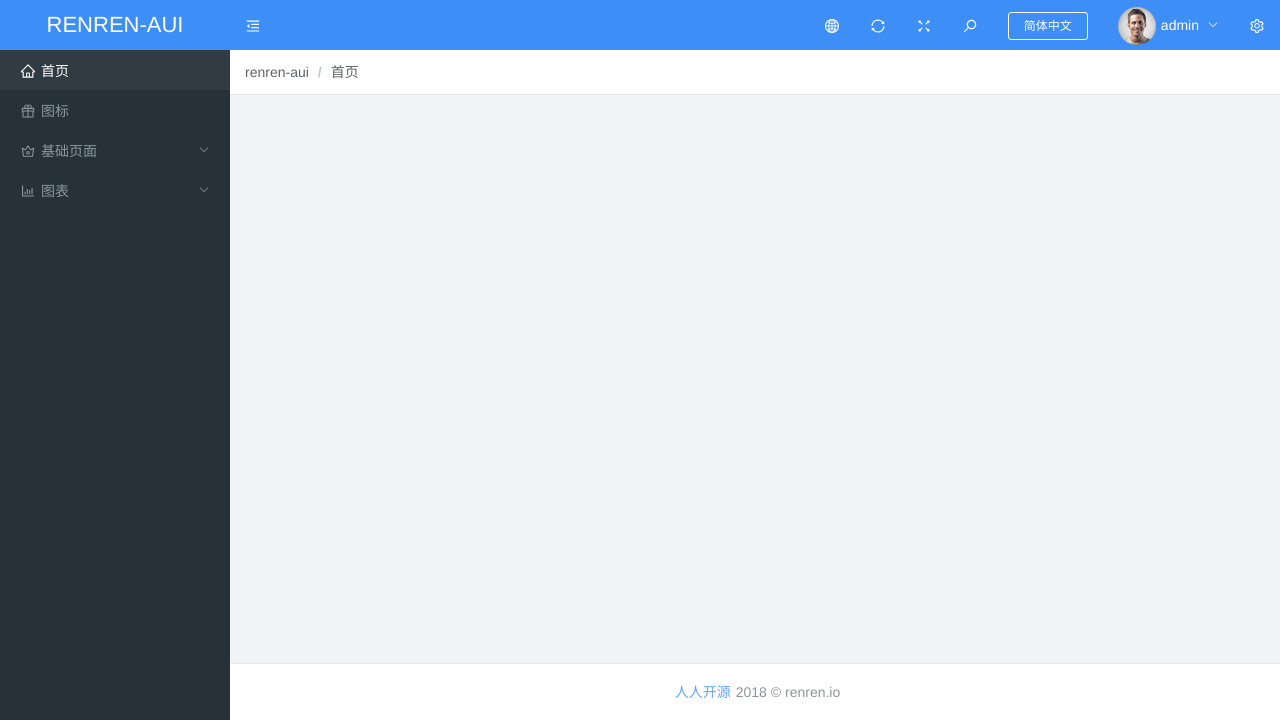
Repository: liuhao0813/aui
Page: /
The author's editor kept a copy of each file at every save. The page is drawn from the files as they stood at one save, then again after the next save.
The browser window is 1280 px wide. The pictures show the whole page.
The project was rebuilt for these pictures with package versions that can differ from the ones it lists, and the page was loaded fresh each time. Also part of the build but not shown: src/assets/icons/iconfont.js.

Above is the page before, as saved 2018-12-05 22:29:25.

### index.html
<!DOCTYPE html>
<html>
  <head>
    <meta charset="utf-8">
    <meta name="viewport" content="width=device-width,initial-scale=1.0">
    <title>aui</title>
  </head>
  <body>
    <div id="app"></div>
    <!-- built files will be auto injected -->
  </body>
</html>

### src/assets/scss/skins/blue.scss
@import "../variables";

$--color-primary: $skin--blue;

@import "../aui";

### src/components/Layout.vue
<template>
  <div
    v-cloak
    ref="auiWrapper"
    class="aui-wrapper"
    :class="[
      'aui-header--' + headerSkin,
      'aui-aside--' + asideSkin,
      {
        'aui-wrapper--center': wrapperCenter,
        'aui-header--fixed': headerFixed,
        'aui-aside--fixed': asideFixed,
        'aui-aside--fold': asideFold,
        'aui-aside--top': asideTop,
        'aui-control--fixed': controlFixed,
        'aui-control--open': controlOpen,
        'aui-main-tabs__header--fixed': mainTabsHeaderFixed
      }
    ]"
    v-loading.fullscreen.lock="loading"
    element-loading-text="拼命加载中">
    <layout-header/>
    <layout-aside/>
    <layout-control/>
    <main class="aui-main">
        <!-- standard 标准 -->
        <div v-show="mainType === 'standard'" class="aui-main__hd">
          <el-breadcrumb separator="/">
            <el-breadcrumb-item>renren-aui</el-breadcrumb-item>
            <el-breadcrumb-item>首页</el-breadcrumb-item>
          </el-breadcrumb>
        </div>
        <div v-show="mainType === 'standard'" class="aui-main__bd">
          <transition mode="out-in" name="fade">
            <router-view />
          </transition>
        </div>
        <!-- tabs 标签页 -->
        <el-dropdown v-show="mainType === 'tabs'" class="aui-main-tabs__tool">
          <i class="el-icon-arrow-down"></i>
          <el-dropdown-menu slot="dropdown">
            <el-dropdown-item>关闭当前标签页</el-dropdown-item>
            <el-dropdown-item>关闭其它标签页</el-dropdown-item>
            <el-dropdown-item>关闭全部标签页</el-dropdown-item>
          </el-dropdown-menu>
        </el-dropdown>
        <el-tabs v-show="mainType === 'tabs'" class="aui-main-tabs aui-tabs" v-model="mainTabsActive">
          <el-tab-pane label="home" name="home" :closable="false" class="aui-main-tabs__pane--full">
            <svg slot="label" class="aui-content--tabs-icon-nav icon-svg" aria-hidden="true"><use xlink:href="#icon-home"></use></svg>
            <transition mode="out-in" name="fade">
              <router-view/>
            </transition>
          </el-tab-pane>
          <el-tab-pane label="标签页2" name="2" closable>标签页2</el-tab-pane>
          <el-tab-pane label="标签页3" name="3" closable>标签页3</el-tab-pane>
          <el-tab-pane label="标签页5" name="5" closable>
            <span slot="label"><i class="el-icon-date"></i> 标签页5</span>
          </el-tab-pane>
          <el-tab-pane label="标签页6" name="6" closable>标签页6</el-tab-pane>
          <el-tab-pane label="标签页7" name="7" closable>标签页7</el-tab-pane>
          <el-tab-pane label="标签页8" name="8" closable>标签页8</el-tab-pane>
          <el-tab-pane label="标签页9" name="9" closable>标签页9</el-tab-pane>
          <el-tab-pane label="标签页10" name="10" closable>标签页10</el-tab-pane>
        </el-tabs>
      </main>
        <layout-footer/>
  </div>
</template>

<script>

import { mapState } from 'vuex'

import LayoutHeader from '@/components/LayoutHeader'
import LayoutAside from '@/components/LayoutAside'
import LayoutControl from '@/components/LayoutControl'
import LayoutFooter from '@/components/LayoutFooter'

export default {
  data () {
    return {
      loading: true
    }
  },
  computed: {
    ...mapState(['headerSkin', 'asideSkin', 'wrapperCenter', 'headerFixed',
      'asideFixed', 'asideFold', 'asideTop', 'controlFixed', 'controlOpen',
      'mainTabsHeaderFixed', 'mainType', 'mainTabsActive'])
  },
  components: {
    LayoutHeader,
    LayoutAside,
    LayoutControl,
    LayoutFooter
  },
  created () {
    setTimeout(() => { console.log('enter') } , 5000)
  },
  mounted () {
    this.loading = false
  },
  methods: {
  }

}
</script>

<style scoped>
.fade-enter-active, .fade-leave-active {
  transition: opacity .2s;
}
.fade-enter, .fade-leave-to /* .fade-leave-active below version 2.1.8 */ {
  opacity: 0;
}
</style>

### src/assets/scss/aui.scss
@import "variables";
// 全局
@import "global/normalize";
@import "global/reset";
@import "global/reset-element";
@import "global/utilities";
@import "global/component";
// 布局
@import "layout/wrapper";
@import "layout/header";
@import "layout/aside";
@import "layout/control";
@import "layout/main";
@import "layout/footer";
// 页面
@import "pages/index";
@import "pages/icon";
@import "pages/login";
@import "pages/chart";

### src/assets/scss/global/reset.scss
*,
*:before,
*:after {
  box-sizing: border-box;
}

body {
  margin: 0;
  font-family: $font--family-base;
  font-size: $font--size-base;
  line-height: $font--line-height-base;
  text-align: left;
  color: $color--text-primary;
  background-color: $color--white;
}

a {
  color: $link--color;
  text-decoration: none;
  &:hover {
    color: $link--hover-color;
    text-decoration: none;
  }
}

[v-cloak] {
  display: none;
}

### src/assets/scss/global/reset-element.scss
// Date
.el-date-editor .el-range-separator {
  width: 8%;
}

// Table
.el-table th {
  color: $color--text-primary;
  background-color: $color--white;
}

// Pagination
.el-pagination {
  margin-top: 15px;
  text-align: right;
}

### src/assets/scss/global/utilities.scss
// Position
.p-static   { position: static !important; }
.p-relative { position: relative !important; }
.p-absolute { position: absolute !important; }
.p-fixed    { position: fixed !important; }
.p-sticky   { position: sticky !important; }

// Display
.d-none         { display: none !important; }
.d-inline       { display: inline !important; }
.d-inline-block { display: inline-block !important; }
.d-block        { display: block !important; }
.d-table        { display: table !important; }
.d-table-row    { display: table-row !important; }
.d-table-cell   { display: table-cell !important; }
.d-flex         { display: flex !important; }
.d-inline-flex  { display: inline-flex !important; }

// Float
.clearfix {
  &::after {
    display: block;
    content: "";
    clear: both;
  }
}
.f-none  { float: none !important; }
.f-left  { float: left !important; }
.f-right { float: right !important; }

// Sizing
.w-auto  { width: auto !important; }
.w-100   { width: 100% !important; }
.h-auto  { height: auto !important; }
.h-100   { height: 100% !important; }
.mw-auto { width: auto !important; }
.mw-100  { max-width: 100% !important; }
.mh-auto { height: auto !important; }
.mh-100  { max-height: 100% !important; }

// Margin
.m-auto  { margin: auto !important; }
.mt-auto { margin-top: auto !important; }
.mr-auto { margin-right: auto !important; }
.mb-auto { margin-bottom: auto !important; }
.ml-auto { margin-left: auto !important; }
.mx-auto {
  margin-right: auto !important;
  margin-left: auto !important;
}
.my-auto {
  margin-top: auto !important;
  margin-bottom: auto !important;
}

// Font-size
.fz-xs   { font-size: $font--size-xs !important; }
.fz-sm   { font-size: $font--size-sm !important; }
.fz-base { font-size: $font--size-base !important; }
.fz-lg   { font-size: $font--size-lg !important; }
.fz-xl   { font-size: $font--size-xl !important; }
.fz-xxl  { font-size: $font--size-xxl !important; }

// Text
.t-truncate {
  overflow: hidden;
  text-overflow: ellipsis;
  white-space: nowrap;
}
.t-hide {
  font: 0/0 a;
  color: transparent;
  text-shadow: none;
  background-color: transparent;
  border: 0;
}
.t-left       { text-align: left !important; }
.t-right      { text-align: right !important; }
.t-center     { text-align: center !important; }
.t-justify    { text-align: left !important; }
.t-nowrap     { white-space: nowrap !important; }
.t-lowercase  { text-transform: lowercase !important; }
.t-uppercase  { text-transform: uppercase !important; }
.t-capitalize { text-transform: capitalize !important; }

// Vertical-align
.va-baseline    { vertical-align: baseline !important; }
.va-top         { vertical-align: top !important; }
.va-middle      { vertical-align: middle !important; }
.va-bottom      { vertical-align: bottom !important; }
.va-text-top    { vertical-align: text-top !important; }
.va-text-bottom { vertical-align: text-bottom !important; }

// Border
.b-0        { border: 0 !important; }
.b-top-0    { border-top: 0 !important; }
.b-right-0  { border-right: 0 !important; }
.b-bottom-0 { border-bottom: 0 !important; }
.b-left-0   { border-left: 0 !important; }

// Border-radius
.br-0      { border-radius: 0 !important; }
.br-circle { border-radius: 50% !important; }

// Background
.bg-white       { background-color: $color--white !important; }
.bg-transparent { background-color: transparent !important; }

### src/assets/scss/layout/wrapper.scss
.aui-wrapper {
  position: relative;
  min-height: 100vh;
  padding-top: $header--height;
  overflow: hidden;
}

// 居中
.aui-wrapper--center {
  width: $wrapper-min-width;
  margin: 0 auto;
  box-shadow: 0 0 8px 0 rgba(0, 0, 0, 0.5);
}
@media (max-width: $wrapper-min-width + 20px) {
  .aui-wrapper--center {
    width: auto;
    margin: 0 15px;
  }
}

### src/assets/scss/layout/control.scss
.aui-control {
  position: absolute;
  top: $header--height;
  right: -$control--width;
  bottom: 0;
  z-index: $control--zindex;
  width: $control--width;
  background-color: $color--white;
  transition: right .3s;
  &__toggle {
    position: absolute;
    top: 80px;
    left: -40px;
    width: 40px;
    padding: 12px 8px;
    font-size: 20px;
    text-align: center;
    line-height: 1;
    border-radius: $border--radius-base 0 0 $border--radius-base;
    color: $color--white;
    background-color: $color--primary;
    cursor: pointer;
  }
  &__inner {
    position: relative;
    z-index: 1;
    width: $control--width + 20px;
    height: 100%;
    overflow-x: hidden;
    overflow-y: scroll;
  }
  &__bd {
    width: $control--width;
    padding: 5px 20px 20px;
  }
  .aui-tabs.el-tabs {
    margin: -5px -20px -20px;
  }
  .aui-tabs.el-tabs .el-tabs__content {
    padding: 0 15px 15px;
  }
  &__setting {
    margin: 0;
  }
  &__setting > dt {
    margin-top: 15px;
    font-size: $font--size-xl;
    font-weight: 900;
  }
  &__setting > dd {
    margin-top: 10px;
    margin-left: 1em;
  }
  &__setting + &__setting {
    margin-top: 15px;
    border-top: 1px solid $border--color-lighter;
  }
}

// 固定
.aui-control--fixed {
  .aui-control {
    position: fixed;
  }
}
.aui-control--fixed.aui-control--open {
  .aui-main {
    margin-right: 0;
  }
  .aui-footer {
    margin-right: 0;
  }
}
.aui-control--fixed.aui-control--open.aui-aside--top {
  .aui-aside {
    right: 0;
  }
}

// 打开
.aui-control--open {
  .aui-control {
    right: 0;
    box-shadow: -1px 0 0 0 rgba(0, 0, 0, .05);
  }
  .aui-main {
    margin-right: $control--width;
  }
  .aui-footer {
    margin-right: $control--width;
  }
}
.aui-control--open.aui-aside--top {
  .aui-aside {
    right: $control--width;
  }
}

### src/assets/scss/layout/main.scss
.aui-main {
  position: relative;
  min-height: calc(100vh - #{$header--height} - #{$footer--height});
  margin-left: $aside--width;
  background-color: $main--background-color;
  transition: margin-right .3s, margin-left .3s;
  &__hd {
    padding: 15px;
    background-color: $color--white;
    box-shadow: 0 1px 0 0 rgba(0, 0, 0, .05);
  }
  &__bd {
    padding: 15px;
  }
  &-tabs__tool {
    position: absolute;
    top: 0;
    right: 0;
    z-index: $main--zindex + 1;
    width: $main--tabs-tool-width;
    height: $main--tabs-header-height;
    text-align: center;
    line-height: $main--tabs-header-height;
    background-color: $bg--color-base;
    cursor: pointer;
    transition: right .3s;
  }
  &-tabs.el-tabs {
    padding-top: $main--tabs-header-height;
  }
  &-tabs.el-tabs > .el-tabs__header {
    position: absolute;
    top: 0;
    left: 0;
    right: 0;
    z-index: $main--zindex;
    padding: 0 ($main--tabs-tool-width + 15px) 0 15px;
    box-shadow: 0 1px 0 0 rgba(0, 0, 0, .05);
    background-color: $color--white;
    transition: right .3s, left .3s;
  }
  &-tabs.el-tabs > .el-tabs__header > .el-tabs__nav-wrap  {
    &::after {
      display: none;
    }
  }
  &-tabs.el-tabs > .el-tabs__header > .el-tabs__nav-wrap > .el-tabs__nav-scroll > .el-tabs__nav > .el-tabs__item {
    height: $main--tabs-header-height;
    line-height: $main--tabs-header-height;
    color: $color--text-regular;
  }
  &-tabs.el-tabs > .el-tabs__content {
    padding: $main--tabs-content-padding-y $main--tabs-content-padding-x;
  }
  &-tabs.el-tabs > .el-tabs__content > .el-tab-pane {
    min-height: calc(100vh - #{$header--height} - #{$main--tabs-header-height} - (#{$main--tabs-content-padding-y} * 2) - #{$footer--height});
    padding: $main--tabs-panel-padding-y $main--tabs-panel-padding-x;
    border: 1px solid $border--color-lighter;
    border-radius: $border--radius-base;
    background-color: $color--white;
  }
  &-tabs.el-tabs > .el-tabs__content > .aui-main-tabs__pane--full.el-tab-pane {
    min-height: auto;
    padding: 0;
    border: 0;
    border-radius: 0;
    background-color: transparent;
  }
}

// 标签页, 头部固定
.aui-main-tabs__header--fixed {
  .aui-main-tabs__tool {
    position: fixed;
    top: $header--height;
  }
  .aui-main-tabs.el-tabs > .el-tabs__header {
    position: fixed;
    top: $header--height;
    left: $aside--width;
  }
}
.aui-main-tabs__header--fixed.aui-aside--fold {
  .aui-main-tabs.el-tabs > .el-tabs__header {
    left: $aside--width-fold;
  }
}
.aui-main-tabs__header--fixed.aui-aside--top {
  .aui-main-tabs__tool {
    top: $header--height + $aside--top-height;
  }
  .aui-main-tabs.el-tabs > .el-tabs__header {
    top: $header--height + $aside--top-height;
    left: 0;
  }
}
.aui-main-tabs__header--fixed.aui-control--open {
  .aui-main-tabs__tool,
  .aui-main-tabs.el-tabs > .el-tabs__header {
    right: $control--width;
  }
}

### src/assets/scss/layout/footer.scss
.aui-footer {
  position: relative;
  height: $footer--height;
  padding:  10px 15px;
  margin-left: $aside--width;
  text-align: center;
  box-shadow: 0 -1px 0 0 rgba(0, 0, 0, .05);
  color: $color--text-secondary;
  transition: margin-right .3s, margin-left .3s;
  p {
    margin: 10px 0;
  }
  a {
    padding: 0 5px;
  }
}

### src/assets/scss/pages/icon.scss
.aui-page.page-icon {
  .icon-list {
    padding: 0;
    margin: 0;
    list-style: none;
    font-size: 0;
  }
  .icon-list > li {
    display: inline-block;
    vertical-align: middle;
    margin: 15px;
    min-width: 150px;
    font-size: 36px;
    text-align: center;
  }
  .icon-classname {
    margin: 5px 0 0;
    font-size: $font--size-xs;
  }
}

### src/assets/scss/pages/login.scss
.aui-page.page-login {
  height: 100vh;
  background-color: transparent;
  overflow-x: hidden;
  overflow-y: auto;
  &::before,
  &::after {
    position: fixed;
    top: 0;
    right: 0;
    bottom: 0;
    left: 0;
    z-index: -1;
    content: "";
  }
  &::before {
    background-image: url(../img/login_bg.jpg);
    background-size: cover;
  }
  &::after {
    background-color: rgba(38, 50, 56, .6);
  }
  .login-wrapper {
    position: relative;
    display: flex;
    flex-flow: column wrap;
    justify-content: center;
    align-items: center;
    min-height: 100vh;
    padding: 50px 20px 150px;
    text-align: center;
  }
  .aui-page-header {
    padding: 15px;
    color: $color--white;
  }
  .aui-brand {
    margin: 0 0 15px;
    font-size: 38px;
    letter-spacing: 2px;
    text-transform: uppercase;
  }
  .aui-page-main {
    width: 420px;
    padding: 15px 30px;
    background-color: $color--white;
  }
  .lgoin-title {
    font-size: $font--size-xl;
    font-weight: normal;
  }
  .el-input__prefix .el-input__icon {
    display: inherit;
    font-size: $font--size-lg;
    line-height: $font--line-height-base;
  }
  .login-captcha {
    height: 36px;
    overflow: hidden;
  }
  .login-captcha > img {
    max-width: 100%;
    cursor: pointer;
  }
  .login-guide {
    margin: 20px 0;
    color: $color--text-placeholder;
  }
  .aui-page-footer {
    position: absolute;
    bottom: 0;
    padding: 15px;
    color: $color--text-secondary;
  }
  .aui-page-footer p {
    margin: 10px 0;
  }
  .aui-page-footer a {
    padding: 0 5px;
  }
}
.aui-page.page-login--right-vertical {
  .login-wrapper {
    flex-flow: row nowrap;
    justify-content: flex-start;
    align-items: stretch;
    padding: 0;
  }
  .aui-page-header {
    flex: 1;
    display: flex;
    flex-flow: column wrap;
    justify-content: center;
    padding: 30px 120px;
    text-align: left;
  }
  .aui-page-main {
    position: relative;
    display: flex;
    flex-flow: column wrap;
    justify-content: center;
    padding: 120px 30px 150px;
    text-align: center;
  }
  .login-guide {
    margin-top: 0;
  }
  .aui-page-footer {
    right: 0;
    width: 420px;
  }
}

### src/assets/scss/pages/chart.scss
.aui-page.page-chart {
  .el-col + .el-col {
    margin-top: 15px;
  }
  .chart-box {
    min-height: 400px;
  }
}

### src/components/LayoutHeader.vue
<template>
    <header class="aui-header">
  <div class="aui-header__hd">
    <a class="aui-brand aui-brand--lg" href="javascript:;">renren-aui</a>
    <a class="aui-brand aui-brand--sm" href="javascript:;">aui</a>
  </div>
  <div class="aui-header__bd">
    <!-- aui-header__menu left -->
    <el-menu class="aui-header__menu aui-header__menu--left" mode="horizontal">
      <el-menu-item v-if="!asideTop" index="1" @click="asideFoldHandler">
        <svg class="icon-svg aui-header__icon-menu aui-header__icon-menu--rz180" aria-hidden="true"><use xlink:href="#icon-outdent"></use></svg>
      </el-menu-item>
    </el-menu>
    <!-- aui-header__menu right -->
    <el-menu class="aui-header__menu aui-header__menu--right" mode="horizontal">
      <el-menu-item index="2">
          <a href="https://www.renren.io/community" target="_blank">
            <svg class="icon-svg aui-header__icon-menu" aria-hidden="true"><use xlink:href="#icon-earth"></use></svg>
          </a>
        </el-menu-item>
      <el-menu-item index="3">
        <svg class="icon-svg aui-header__icon-menu" aria-hidden="true"><use xlink:href="#icon-sync"></use></svg>
      </el-menu-item>
      <el-menu-item index="4">
        <svg class="icon-svg aui-header__icon-menu" aria-hidden="true"><use xlink:href="#icon-fullscreen"></use></svg>
      </el-menu-item>
      <el-menu-item index="1" @click="searchVisible = !searchVisible" class="aui-search__toggle">
        <svg class="icon-svg aui-header__icon-menu" aria-hidden="true"><use xlink:href="#icon-search"></use></svg>
      </el-menu-item>
      <el-submenu index="2" :popper-append-to-body="false" class="not-arrow t-center">
        <template slot="title">
          <el-button size="mini">简体中文</el-button>
        </template>
        <el-menu-item index="2-1">简体中文</el-menu-item>
        <el-menu-item index="2-2">繁體中文</el-menu-item>
        <el-menu-item index="2-3">English</el-menu-item>
      </el-submenu>
      <el-submenu index="3" :popper-append-to-body="false">
        <template slot="title">
          <img class="aui-avatar" src="@/assets/scss/img/avatar.png">
          <span>admin</span>
        </template>
        <el-menu-item index="3-1">修改密码</el-menu-item>
        <el-menu-item index="3-2">退出</el-menu-item>
      </el-submenu>
      <el-menu-item index="1" @click="controlOpenHandler">
        <svg class="icon-svg aui-header__icon-menu" aria-hidden="true"><use xlink:href="#icon-setting"></use></svg>
      </el-menu-item>
    </el-menu>
    <!-- aui-search -->
    <div class="aui-search" :class="{ 'aui-search--show': searchVisible }">
      <div class="aui-search__inner">
        <el-input class="aui-search__input" v-model="search" placeholder="搜索关键字" clearable>
          <svg slot="prepend" class="icon-svg" aria-hidden="true"><use xlink:href="#icon-search"></use></svg>
        </el-input>
      </div>
    </div>
  </div>
</header>
</template>

<script>
import { mapState, mapMutations } from 'vuex'

export default {
  data () {
    return {
      search: '',
      searchVisible: false
    }
  },
  computed: {
    ...mapState(['asideTop', 'asideFold', 'controlOpen'])
  },
  methods: {
    ...mapMutations({
      asideFoldHandler: 'asideFoldMutation',
      controlOpenHandler: 'controlOpenMutation'
    })
  }
}
</script>

<style scoped>

</style>

### src/components/LayoutFooter.vue
<template>
    <footer class="aui-footer">
    <p><a href="https://www.renren.io/" target="_blank">人人开源</a>2018 © renren.io</p>
    </footer>
</template>

<script>
export default {

}
</script>

<style scoped>

</style>

Loaded but not shown: src/App.vue (common file); src/assets/element-theme/blue/index.css (library); src/assets/scss/global/normalize.scss (common file); src/store/index.js (84 lines, source omitted); src/router/index.js (34 lines, source omitted); src/main.js (26 lines, source omitted); src/assets/scss/pages/index.scss (328 lines, source omitted); src/components/LayoutAside.vue (144 lines, source omitted); src/assets/scss/layout/aside.scss (237 lines, source omitted); src/assets/scss/layout/header.scss (211 lines, source omitted); src/components/LayoutControl.vue (106 lines, source omitted); src/assets/scss/global/component.scss (162 lines, source omitted); src/assets/scss/variables.scss (134 lines, source omitted)

After the next save:
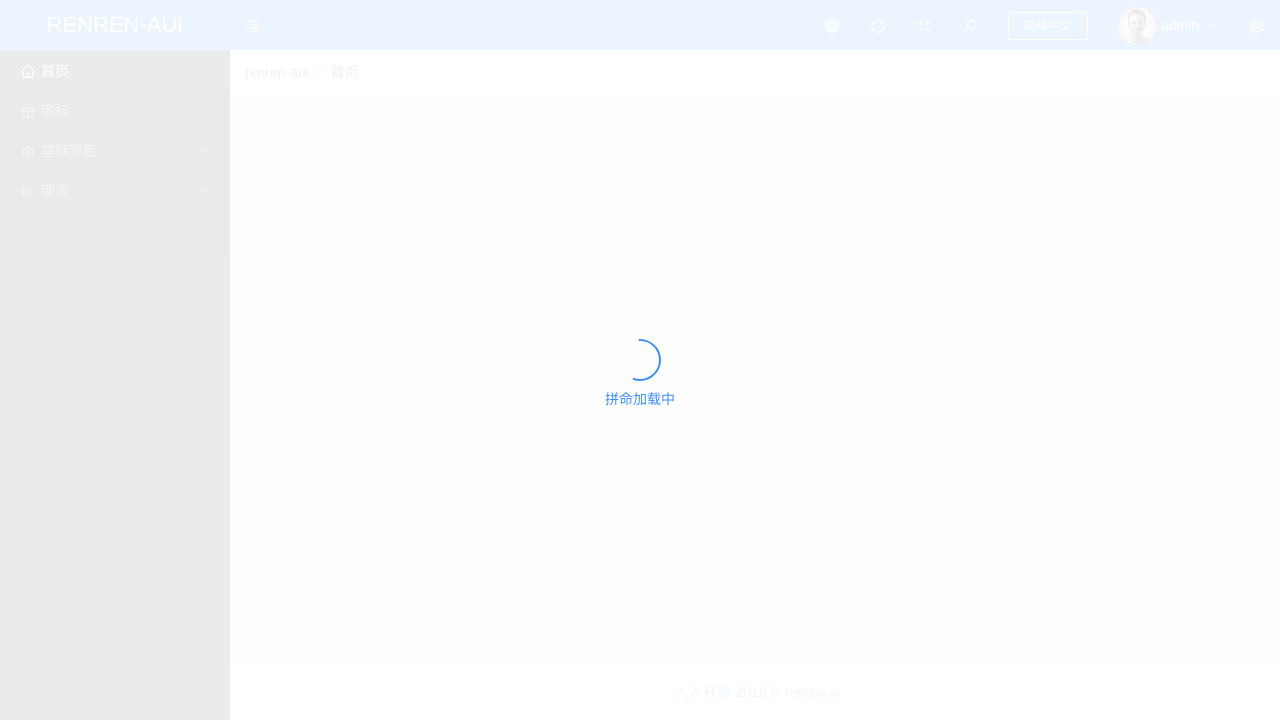
Saved 96 s later.
--- a/src/components/Layout.vue
+++ b/src/components/Layout.vue
@@ -94,10 +94,10 @@
     LayoutFooter
   },
   created () {
-    setTimeout(() => { console.log('enter') } , 5000)
+    setTimeout(() => { console.log('enter') }, 5000)
   },
   mounted () {
-    this.loading = false
+
   },
   methods: {
   }

After the save that followed:
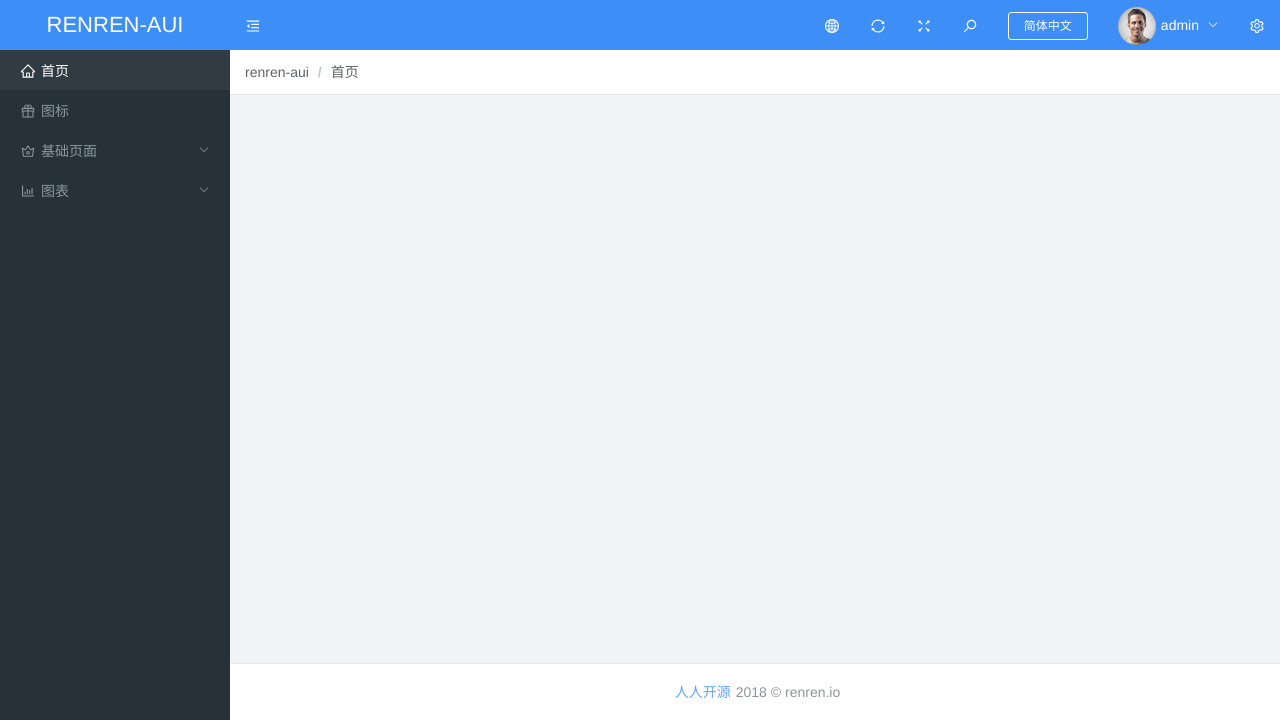
Saved 37 s later.
--- a/src/components/Layout.vue
+++ b/src/components/Layout.vue
@@ -93,11 +93,11 @@
     LayoutControl,
     LayoutFooter
   },
-  created () {
+  beforeCreated () {
     setTimeout(() => { console.log('enter') }, 5000)
   },
   mounted () {
-
+    this.loading = false
   },
   methods: {
   }
